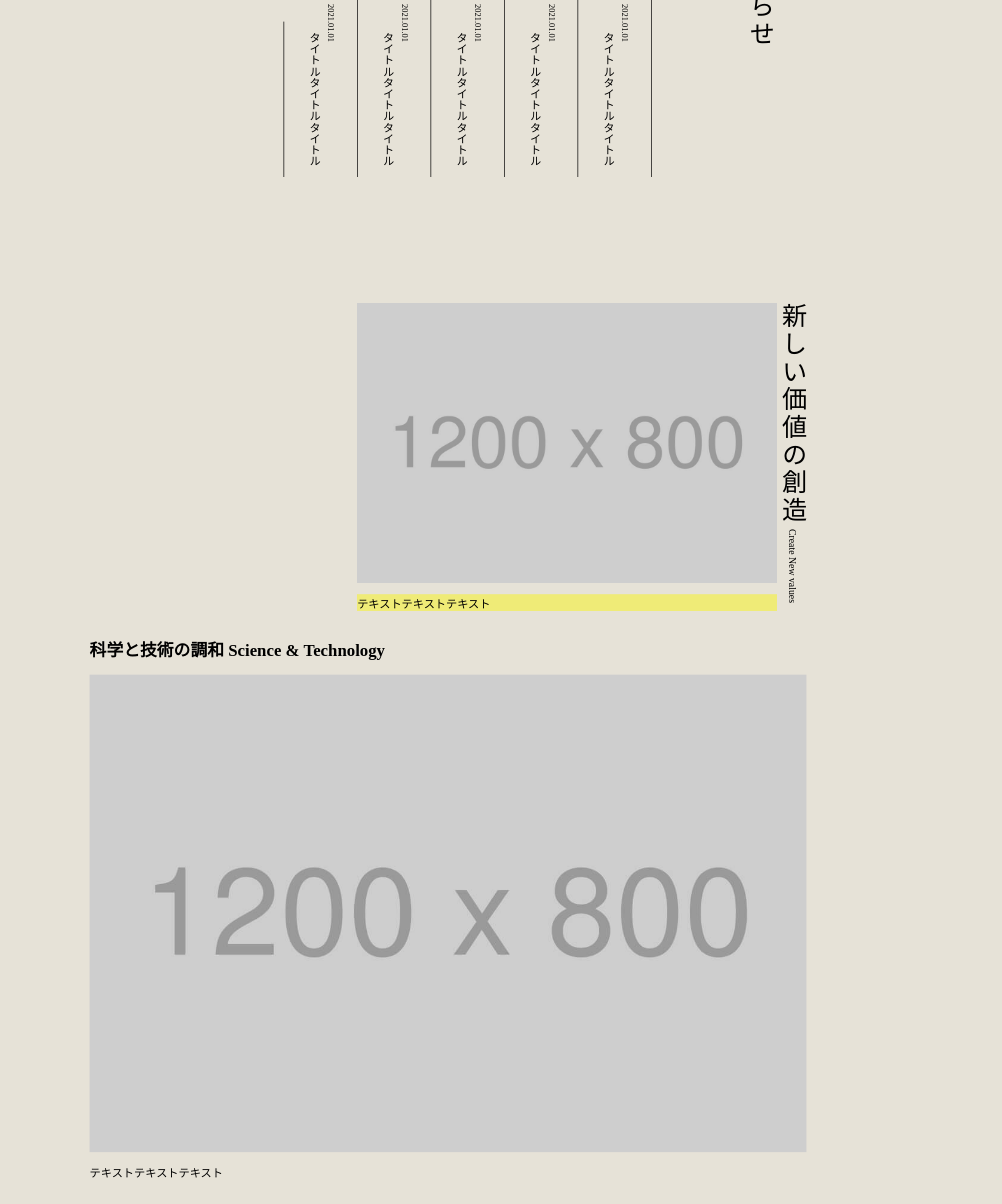
Repository: Fuki-san/wagashi
Page: http://localhost/wagashi
The author's editor kept a copy of each file at every save. The page is drawn from the files as they stood at one save, then again after the next save.
The browser window is 1280 px wide. The page is 1432 px wide, so the pictures cover 1432 px, including what lies to the right of the window. The pictures show the part of the page from y = 1117 to 2837 px (the page is 3663 px tall), at 70% of full size.
Pictures or frames that could not be fetched are drawn as grey boxes. The page is served by the project's Laravel application, run on PHP 8.4 with Laravel 10. Other server files are loaded and not shown.

Above is the page before, as saved 2023-12-09 16:24:11.

### routes/web.php
<?php

use Illuminate\Support\Facades\Route;
use Spatie\FlareClient\View;

/*
|--------------------------------------------------------------------------
| Web Routes
|--------------------------------------------------------------------------
|
| Here is where you can register web routes for your application. These
| routes are loaded by the RouteServiceProvider and all of them will
| be assigned to the "web" middleware group. Make something great!
|
*/

Route::get('/', function () {
    return view('welcome');
});

Route::get('wagashi', function() {
    return View('wagashi');
})->name('wagashi');

### resources/views/wagashi.blade.php
@extends('layouts.main')

@section('title', 'wagashi')

@section('content')
    <header id="header">
        <h1 class="site-title"><a href="#"><img src="img/logo.svg" alt=""></a></h1>
        <nav id="nav">
            <ul>
                <li><a href="#news">お知らせ</a></li>
                <li><a href="#products1">商品のご紹介</a></li>
                <li><a href="#shop">店舗のご案内</a></li>
            </ul>
        </nav>

        <div class="onlinestore">
            <a href="#" target="_blank" rel="noopener noreferrer">オンラインストアで見る</a>
        </div>
    </header>

    <main>
        <section id="news" class="wrapper">
                <h2 class="sec-title">
                    <span class="en">News</span>
                    <span class="ja">お知らせ</span>
                </h2>
                <dl class="list">
                    <dt>2021.01.01</dt>
                    <dd>タイトルタイトルタイトル</dd>
                    <dt>2021.01.01</dt>
                    <dd>タイトルタイトルタイトル</dd>
                    <dt>2021.01.01</dt>
                    <dd>タイトルタイトルタイトル</dd>
                    <dt>2021.01.01</dt>
                    <dd>タイトルタイトルタイトル</dd>
                    <dt>2021.01.01</dt>
                    <dd>タイトルタイトルタイトル</dd>
                </dl>
        </section>

        <section id="products1" class="wrapper products">
                <h2 class="sec-title">
                    <span class="ja">新しい価値の創造</span>
                    <span class="en">Create New values</span>
                </h2>
                <div class="img">
                    <img src="img/products1.jpg" alt="">
                    <p class="text">テキストテキストテキスト</p>
                </div>
        </section>

        <section id="products2" class="wrapper products">
                <h2 class="sec-title">
                    <span class="ja">科学と技術の調和</span>
                    <span class="en">Science & Technology</span>
                </h2>
                <div class="img">
                    <img src="img/products2.jpg" alt="">
                    <p class="text">テキストテキストテキスト</p>
                </div>
        </section>

        <div id="shop">
            <iframe
                src="https://www.google.com/maps/embed?pb=!1m18!1m12!1m3!1d3239.6566078781802!2d139.80812547512744!3d35.710067028390604!2m3!1f0!2f0!3f0!3m2!1i1024!2i768!4f13.1!3m3!1m2!1s0x60188ed0d12f9adf%3A0x7d1d4fb31f43f72a!2z5p2x5Lqs44K544Kr44Kk44OE44Oq44O8!5e0!3m2!1sja!2sjp!4v1702090119178!5m2!1sja!2sjp"
                width="600" height="450" style="border:0;" allowfullscreen="" loading="lazy"
                referrerpolicy="no-referrer-when-downgrade" width="100%"></iframe>
        </div>
    </main>

    <footer id="footer">
        <div class="flex">
            <div class="left">
                <p><a href="#">オンラインストアで見る</a> | <a href="#">お問い合わせ</a></p>
            </div>
            <div class="right">
                <div class="logo"><img src="img/logo.svg" alt=""></div>
                <p class="info">
                    〒06-0032...<br>
                    電話: <a href="tel:03///"></a></p>
                <ul class="menu">
                    <li><a href="#news">お知らせ</a></li>
                    <li><a href="#products1">商品のご紹介</a></li>
                    <li><a href="#shop">店舗のご案内</a></li>
                </ul>
            </div>
        </div>
        <p class="cpright">&copy; SOUSAKU</p>
    </footer>
@endsection

### resources/views/layouts/main.blade.php
<!DOCTYPE html>
<html lang="ja">
<head>
    <meta charset="UTF-8">
    <meta name="viewport" content="width=device-width, initial-scale=1.0">
    <meta http-equiv="X-UA-Compatible" content="ie=edge">
    <link rel="stylesheet" href="{{ asset('css/reset.css') }}">
    <link rel="stylesheet" href="{{ asset('css/style.css') }}">
    <link rel="icon" href="img/favicon.ico">
    <title>@yield('title')</title>
</head>
<body>
    @yield('content')
</body>
</html>

### public/css/style.css
@charset "UTF-8";
html{
    font-size: 100%;
}
body{
    color: #000;
    font-family: 'Noto serif JP', serif;
    background-color: #e6e2d7;
}
img{
    max-width: 100%;
    vertical-align: bottom;
}
a{
    text-decoration: none;
    color: #fff;
}
li{
    list-style: none;
}

.site-title a{
    display: block;
}

.site-title{
    line-height: 1px;
    margin-left: 60px;
}

.site-title img{
    width: 40px;
}
.wrapper{
    width: 100%;
    max-width: 1024px;
    margin: 0 auto;
    padding: 0 20px;
}
/* headerr */

#header{
    height: 100vh;
    width: 100%;
    background-image: url(../img/mainvisual-pc.jpg);
    background-position: top center;
    background-size: cover;
    background-repeat: no-repeat;
    margin-bottom: 180px;
    padding: 60px 80px;

    position: relative;

    writing-mode: vertical-rl;
    -ms-writing-mode: vertical-rl;
    -moz-writing-mode: vertical-rl;
    -webkit-writing-mode: vertical-rl;
}
#header .onlinestore{
    position: absolute;
    bottom: 30px;
    left: 40px;
    background-color: rgba(255, 255, 255, 0.2);
    padding: 8px;
}
.onlinestore a{
    display: block;
    border: 1px solid #ccc;
    padding: 30px 18px;
}
#header a:hover{
    opacity: 0.7;
}
#header #nav li{
    margin-left: 25px;
}

/* newsss */

#news{
    margin-bottom: 180px;
    display: flex;
    flex-direction: row-reverse;
}
#news .sec-title{
    writing-mode: vertical-rl;
    -moz-writing-mode: vertical-rl;
    -webkit-writng-mode: vertical-rl;
    -ms-wrinting-mode: tb-rl;

    font-weight: normal;
    line-height: 1;
    /* margin-left: 50px; */
}
#news .sec-title .en{
    display: block;
    font-size: 0.875rem;
    margin-left: 15px;
}
#news .sec-title .ja{
    display: block;
    font-size: 2.25rem;
    letter-spacing: 0.1em;
}
#news .list{
    writing-mode: vertical-rl;
    -moz-writing-mode: vertical-rl;
    -webkit-writng-mode: vertical-rl;
    -ms-wrinting-mode: tb-rl;
    padding: 80px 100px 0 0;
}
#news .list dt{
    border-right: solid 1px #000;
    font-size: 0.75rem;
    padding: 15px 30px 15px 5px;
}
#news .list dd{
    padding: 15px 0 15px 30px;
}

#news .list dd:last-child{
    border-left: solid 1px #000;
}

/* produ */
#products1{
    display: flex;
    flex-direction: row-reverse;
}
#products1 .sec-title{
    writing-mode: vertical-rl;
    -moz-writing-mode: vertical-rl;
    -webkit-writng-mode: vertical-rl;
    -ms-wrinting-mode: tb-rl;

    line-height: 1px;
    font-weight: normal;
}
#products1 .ja{
    font-size: 2.25rem;
    letter-spacing: 0.1em;
}
#products1 .en{
    font-size: 0.875rem;
}
#products1 .img{
    width: 600px;
}
#products1 .img .text{
    background-color: rgba(250, 246, 25, 0.5)
}

### public/img/logo.svg
<?xml version="1.0" encoding="utf-8"?>
<!-- Generator: Adobe Illustrator 15.1.0, SVG Export Plug-In . SVG Version: 6.00 Build 0)  -->
<!DOCTYPE svg PUBLIC "-//W3C//DTD SVG 1.1//EN" "http://www.w3.org/Graphics/SVG/1.1/DTD/svg11.dtd">
<svg version="1.1" id="レイヤー_1" xmlns="http://www.w3.org/2000/svg" xmlns:xlink="http://www.w3.org/1999/xlink" x="0px"
	 y="0px" width="57.4775391px" height="131.578125px" viewBox="0 0 57.4775391 131.578125"
	 style="enable-background:new 0 0 57.4775391 131.578125;" xml:space="preserve">
<style type="text/css">
<![CDATA[
	.st0{fill:#FFFFFF;}
]]>
</style>
<g>
	<path class="st0" d="M28.3789063,35.8789063l6.5400391,4.859375c-0.3603516,0.4804688-1.2001953,1.0800781-2.3398438,1.2607422
		v12.0595703c-0.0605469,0.359375-3.4199219,1.5-5.5195313,1.5h-1.0800781v-3.6601563H15.2998047v2.6992188
		c0,0.4208984-1.9199219,1.8007813-5.1601563,1.8007813H9.0595703v-10.5
		c-1.7392578,3.2402344-4.2597656,6.2998047-7.9189453,8.8798828l-0.6005859-0.6005859c5.5205078-8.21875,6-18.4785156,6-26.7587891
		v-9.1191406c-1.9199219,1.3798828-3.9599609,2.5800781-6.0595703,3.6591797L0,21.4199219
		C6.1796875,15.6601563,11.3994141,6.4199219,13.5,0l9.7197266,1.9804688
		c-0.2402344,0.7197266-0.7802734,1.0800781-2.3398438,1.3193359c20.5185547,3.7207031,13.3789063,15.9599609,7.9189453,11.8798828
		c-0.9599609-3.4199219-4.0195313-7.9794922-8.5195313-11.2792969c-2.0400391,3.1796875-4.7392578,6.5390625-7.9794922,9.6591797
		H19.5l2.9990234-3.8398438c0,0,3.4804688,2.6396484,5.5800781,4.5595703
		c-0.1796875,0.6601563-0.7802734,0.9609375-1.6201172,0.9609375H11.7001953l-0.2402344-0.9003906
		c-1.1396484,1.0195313-2.3398438,2.0400391-3.5400391,2.9394531l6,2.2207031h10.9189453l3.0605469-3.3603516L34.4384766,21
		c-0.359375,0.4794922-1.2597656,1.0195313-2.4599609,1.3193359v11.9394531
		c-0.0595703,0.3603516-3.359375,1.5605469-5.4589844,1.5605469h-1.0800781v-1.8007813H12.5400391
		C12.4199219,35.21875,12.2402344,36.4189453,12,37.6787109l4.0800781,1.5595703h9.2988281L28.3789063,35.8789063z
		 M25.4394531,32.3388672v-4.6796875H12.8994141c0,1.4404297-0.0595703,3-0.1796875,4.6796875H25.4394531z M12.8994141,21.1796875
		v4.7998047h12.5400391v-4.7998047H12.8994141z M25.9794922,50.1582031v-9.2392578H15.2998047v9.2392578H25.9794922z
		 M43.2587891,41.7587891c0,0.6601563-2.6396484,1.859375-4.9199219,1.859375h-1.1396484V5.2197266L45.2988281,6
		c-0.1201172,0.7802734-0.6005859,1.3203125-2.0400391,1.5605469V41.7587891z M56.7578125,2.1005859
		C56.578125,3,55.9785156,3.6005859,54.5380859,3.7802734v44.8183594c0,4.6796875-0.9599609,7.3193359-8.4599609,8.0390625
		c-0.1796875-2.0996094-0.4794922-3.6591797-1.3798828-4.7392578c-0.9599609-1.0205078-2.2197266-1.7998047-5.0996094-2.2197266
		v-0.8408203c0,0,5.9394531,0.3603516,7.2001953,0.3603516c0.9599609,0,1.2597656-0.2998047,1.2597656-1.0800781V1.2001953
		L56.7578125,2.1005859z"/>
	<path class="st0" d="M17.4599609,94.0800781c-0.1806641,0.5390625-0.7207031,0.9589844-1.8603516,1.1992188v34.2587891
		c-0.1201172,0.5400391-3,2.0400391-5.7597656,2.0400391H8.5195313v-31.3789063
		c-2.3994141,2.7597656-4.9794922,5.1601563-7.7392578,7.2001953l-0.7197266-0.5400391
		c5.3398438-7.5,10.9189453-19.6796875,13.9189453-31.6787109l9.5400391,3.1796875
		c-0.2998047,0.7802734-1.0800781,1.2597656-2.4003906,1.2001953c-2.0400391,4.859375-4.3798828,9.2988281-6.9589844,13.3193359
		L17.4599609,94.0800781z M39.9589844,89.7597656v11.0996094h4.7998047l3.6591797-4.7998047
		c0,0,4.140625,3.2998047,6.7197266,5.5800781c-0.1796875,0.6591797-0.8398438,0.9599609-1.6796875,0.9599609H39.9589844v11.3388672
		h5.1591797l4.0205078-5.2197266c0,0,4.4394531,3.5400391,7.1992188,5.9404297
		c-0.1796875,0.6591797-0.8398438,0.9599609-1.7402344,0.9599609H39.9589844v14.0390625
		c0,0.4199219-2.2207031,1.859375-5.9404297,1.859375h-1.3193359V89.7597656h-1.4404297
		c-3.8994141,5.8798828-8.3994141,10.6796875-13.4394531,14.2792969l-0.6601563-0.4794922
		c4.6201172-6.7802734,9.6601563-17.6992188,12.3603516-28.3193359l9.6591797,3.4199219
		c-0.2998047,0.7802734-1.0800781,1.2597656-2.4599609,1.1396484c-1.3798828,2.9404297-2.8203125,5.7597656-4.4394531,8.3398438
		h14.0996094l3.9589844-5.1591797c0,0,4.4404297,3.4794922,7.1396484,5.8193359
		c-0.1796875,0.6601563-0.8398438,0.9599609-1.6796875,0.9599609H39.9589844z"/>
</g>
</svg>

After the next save:
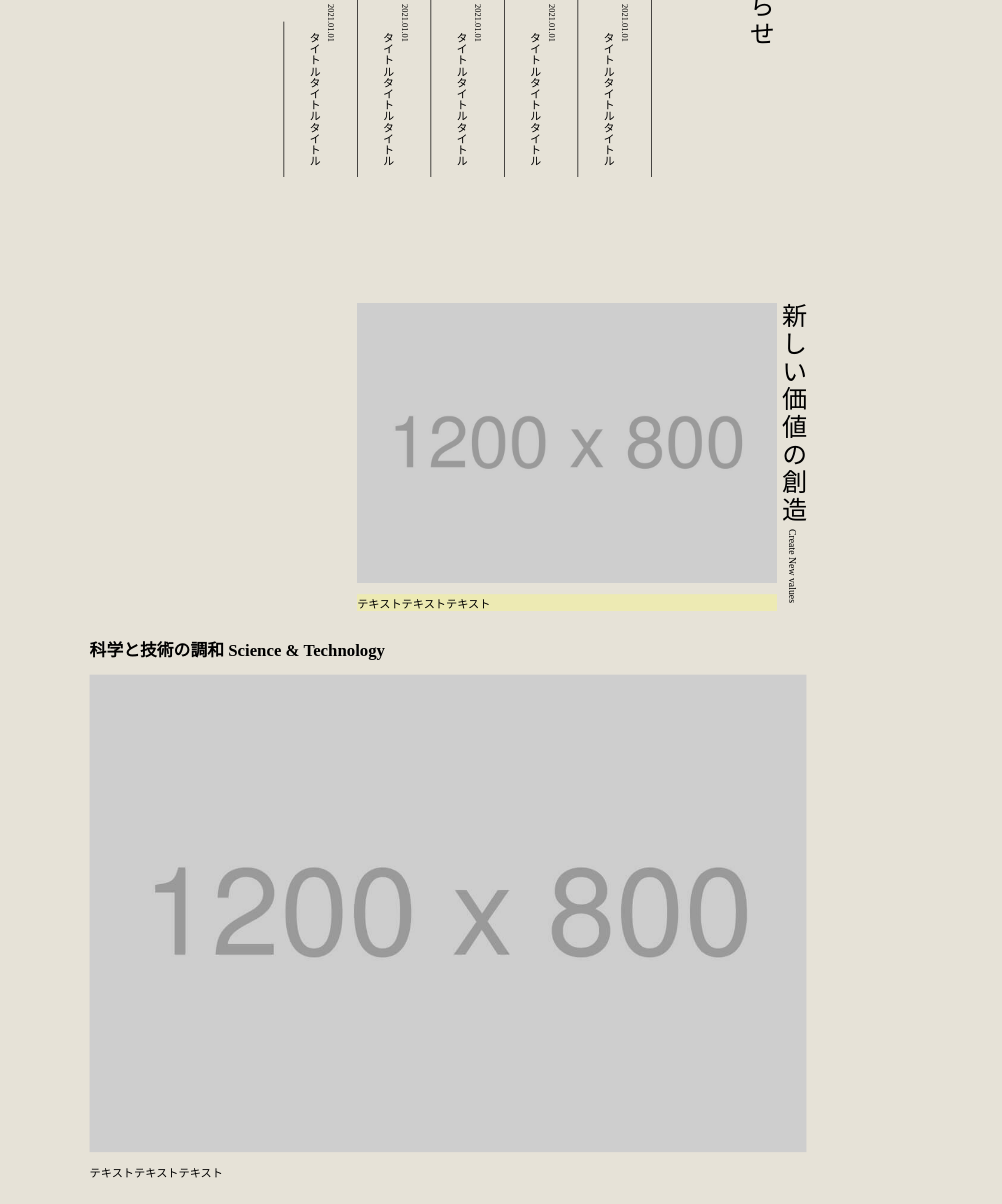
Saved 8 s later.
--- a/public/css/style.css
+++ b/public/css/style.css
@@ -147,5 +147,5 @@
     width: 600px;
 }
 #products1 .img .text{
-    background-color: rgba(250, 246, 25, 0.5)
+    background-color: rgba(245, 244, 144, 0.5)
 }

After the 4 saves that followed:
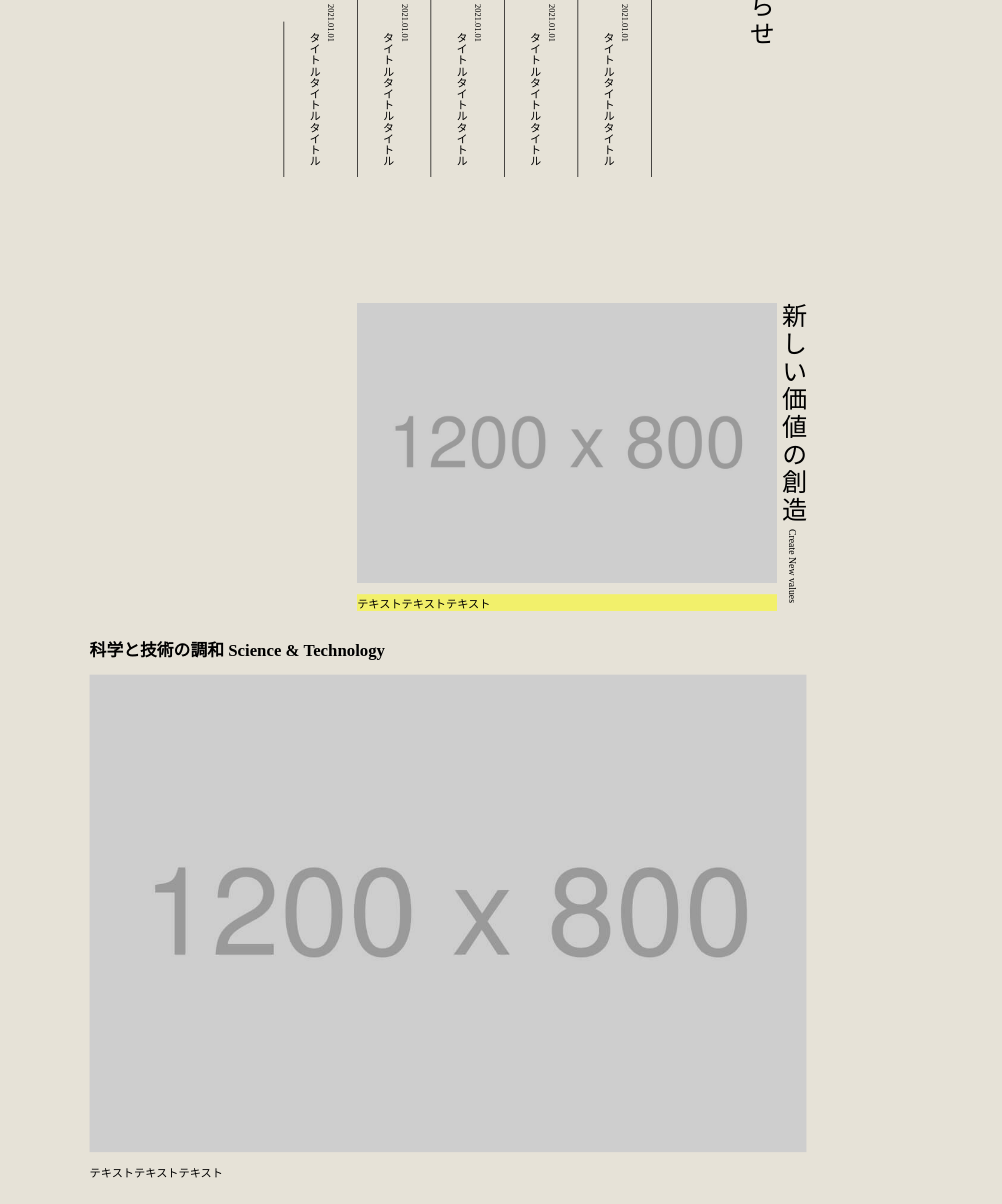
The 4 saves are shown as one change because they came seconds apart.
The last was saved 32 s later.
--- a/public/css/style.css
+++ b/public/css/style.css
@@ -147,5 +147,6 @@
     width: 600px;
 }
 #products1 .img .text{
-    background-color: rgba(245, 244, 144, 0.5)
+    background-color: rgba(255, 255, 0, 0.5)
+
 }
